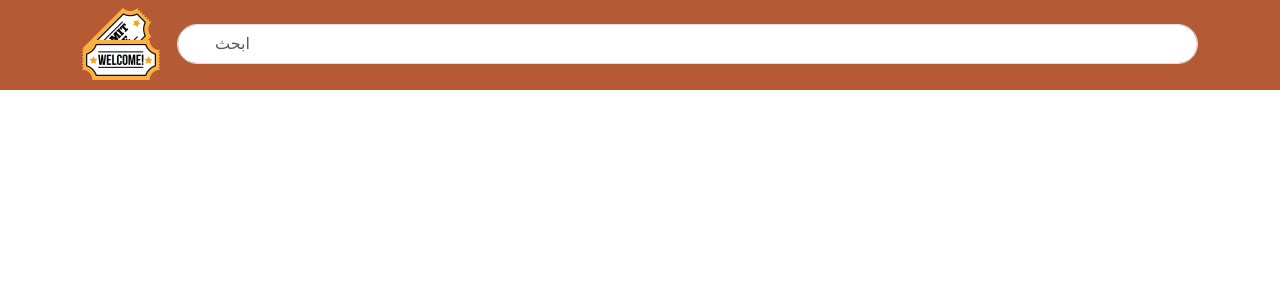
Repository: kerlos-alfy/Movie-List
Page: /
These files come from the project's save history. The page is drawn as it stood at one moment and after the next save; the edit follows.
The browser window is 1280 px wide. The pictures show the whole page.
The project was rebuilt for these pictures with package versions that can differ from the ones it lists, and the page was loaded fresh each time. Also part of the build but not shown: vite.config.js, src/App.css.

Above is the page before, as saved 2025-01-14 06:52:17.

### index.html
<!DOCTYPE html>
<html lang="en">
	<head>
		<meta charset="UTF-8" />
		<link rel="icon" type="image/svg+xml" href="https://www.svgrepo.com/show/289436/movies-clapperboard.svg" />
		<link
  rel="stylesheet"
  href="https://cdn.jsdelivr.net/npm/bootstrap@5.3.3/dist/css/bootstrap.min.css"
  integrity="sha384-QWTKZyjpPEjISv5WaRU9OFeRpok6YctnYmDr5pNlyT2bRjXh0JMhjY6hW+ALEwIH"
  crossorigin="anonymous"
/>
		<meta name="viewport" content="width=device-width, initial-scale=1.0" />
		<title>Movies List</title>
	</head>
	<body>
		<div id="root"></div>
		<script type="module" src="/src/main.jsx"></script>
	</body>
</html>

### src/index.css
body {
	margin: 0;
}
.color-body {
	background-color: white;
	height: 100vh;
}
.nav-style {
	height: 90px;
	width: 1440px;
	background-color: #b45b35;
}

.logo {
	height: 72px;
	width: 78px;
}

.search {
	position: relative;
}

.search input {
	height: 40px;
	text-indent: 25px;
	border-radius: 20px;
}

.search input:focus {
	box-shadow: none;
	border: 2px solid red;
}
.search .fa-search {
	position: absolute;
	top: 12px;
	left: 16px;
}

.card {
	position: relative;
	transition: all 0.5s ease-in;
	cursor: pointer;
	height: 375px;
}

.card__image {
	display: block;
	width: 100%;
	height: 100%;
	border-radius: 5px;
}

.card__overlay {
	position: absolute;
	top: 0;
	bottom: 0;
	left: 0;
	right: 0;
	height: 100%;
	width: 100%;
	opacity: 0;
	visibility: none;
	transition: 0.5s ease;
	background-color: #393839;
}

.card:hover .card__overlay {
	opacity: 0.8;
}

.overlay__text {
	color: white;
	font-size: 16px;
	font-weight: bold;
	position: absolute;
	top: 50%;
	left: 50%;
	-webkit-transform: translate(-50%, -50%);
	-ms-transform: translate(-50%, -50%);
	transform: translate(-50%, -50%);
}

.font {
	font-family: "Almarai", sans-serif;
	font-family: "Cairo", sans-serif;
}

.color {
	color: #b45b35;
	background-color: #b45b35;
}

.card-detalis {
	height: 370px;
	border-radius: 20px;
	background-color: #f8f8f8;
}
.card-story {
	height: 300px;
	border-radius: 20px;
	background-color: #f8f8f8;
}
.img-movie {
	height: 360px;
	padding: 10px;
	border-radius: 20px;
}

.card-text-details {
	color: #555555;
	font-family: Almarai;
	font-size: 28px;
	font-weight: bold;
	letter-spacing: 0;
	line-height: 49px;
}

.card-text-story {
	color: #555555;
	font-family: Almarai;
	font-size: 18px;
	letter-spacing: 0;
	line-height: 32px;
}
.card-text-title {
	color: #555555;
	font-family: Almarai;
	font-size: 36px;
	font-weight: bold;
	letter-spacing: 0;
	line-height: 49px;
}

### src/App.jsx
import "./App.css";
import { Container } from "react-bootstrap";
import NavBar from "./assets/components/NavBar";
import CardMovie from "./assets/components/CardMovie";
import MoviesList from "./assets/components/MoviesList";
function App() {
	return (
		<div className="font color-body">
			<NavBar />
		</div>
	);
}

export default App;

### src/assets/components/NavBar.jsx
import { Container, Row, Col } from "react-bootstrap";
function NavBar() {
	return (
		<div className="nav-style w-100">
			<Container>
				<Row className="pt-2 ">
					<Col xs="2" lg="1">
						<a href="/">
							<img className="logo" src="../images/logo.png" alt="dfs" />
						</a>
					</Col>
					<Col xs="10" lg="11" className=" d-flex align-items-center">
						<div className="search  w-100">
							<i className="fa fa-search"></i>
							<input type="text" className="form-control" placeholder="ابحث" />
						</div>
					</Col>
				</Row>
			</Container>
		</div>
	);
}

export default NavBar;

### src/assets/components/CardMovie.jsx
import Col from "react-bootstrap";

function CardMovie() {
	return (
		<Col xs="6" sm="6" md="4" lg="3" className="my-1">
			<div className="card">
				<img className="card__image" alt="hu" />
				<div className="card__overlay">
					<div className="overlay__text text-center w-100 p-2">
						<p>اسم الفيلم : </p>
						<p>تاريخ الاصدار:</p>
						<p>عدد المقيمين: </p>
						<p>التقييم: </p>
					</div>
				</div>
			</div>
		</Col>
	);
}

export default CardMovie;

### src/assets/components/MoviesList.jsx
import Row from "react-bootstrap";
import CardMovie from "./CardMovie";
function MoviesList() {
	return (
		<Row className="mt-3">
			<CardMovie />;
		</Row>
	);
}

export default MoviesList;

Loaded but not shown: src/main.jsx (common file)

After the next save:
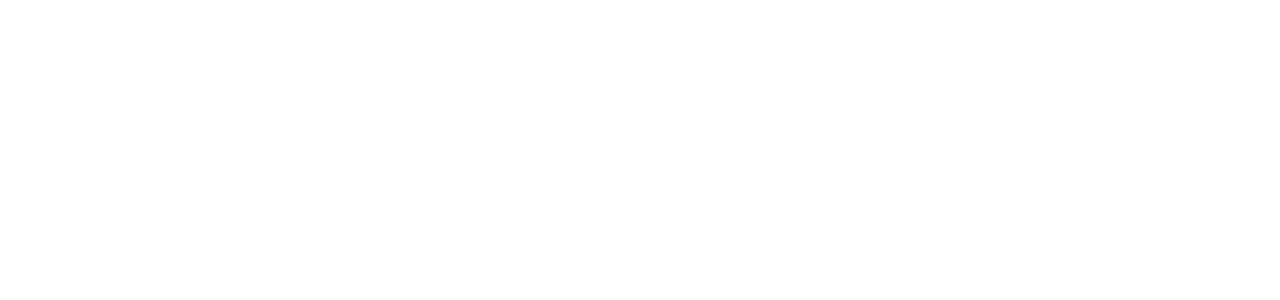
Console error (its wording comes from the project's code and is left out).
Saved 22 s later.
--- a/src/App.jsx
+++ b/src/App.jsx
@@ -7,6 +7,11 @@
 	return (
 		<div className="font color-body">
 			<NavBar />
+			<Container>
+				<h1 className="text-center mt-5">Movies List</h1>
+				<CardMovie />
+				<MoviesList />
+			</Container>
 		</div>
 	);
 }

After the save that followed:
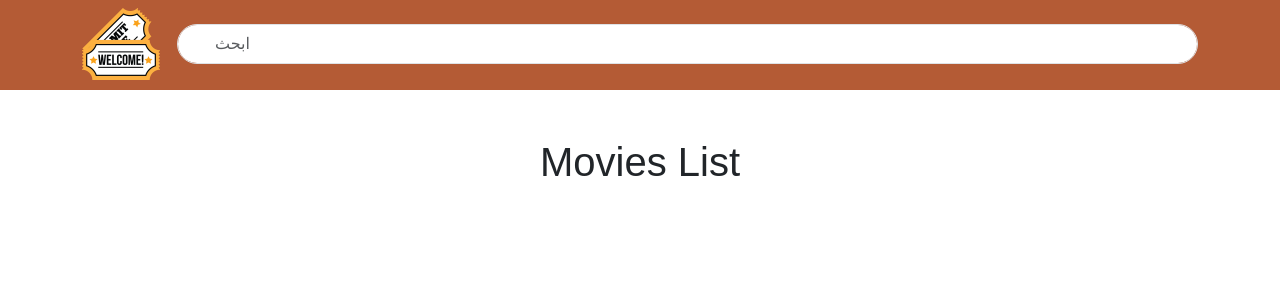
The error is gone.
Saved 4 s later.
--- a/src/App.jsx
+++ b/src/App.jsx
@@ -9,8 +9,8 @@
 			<NavBar />
 			<Container>
 				<h1 className="text-center mt-5">Movies List</h1>
-				<CardMovie />
-				<MoviesList />
+				{/* <CardMovie />
+				<MoviesList /> */}
 			</Container>
 		</div>
 	);
